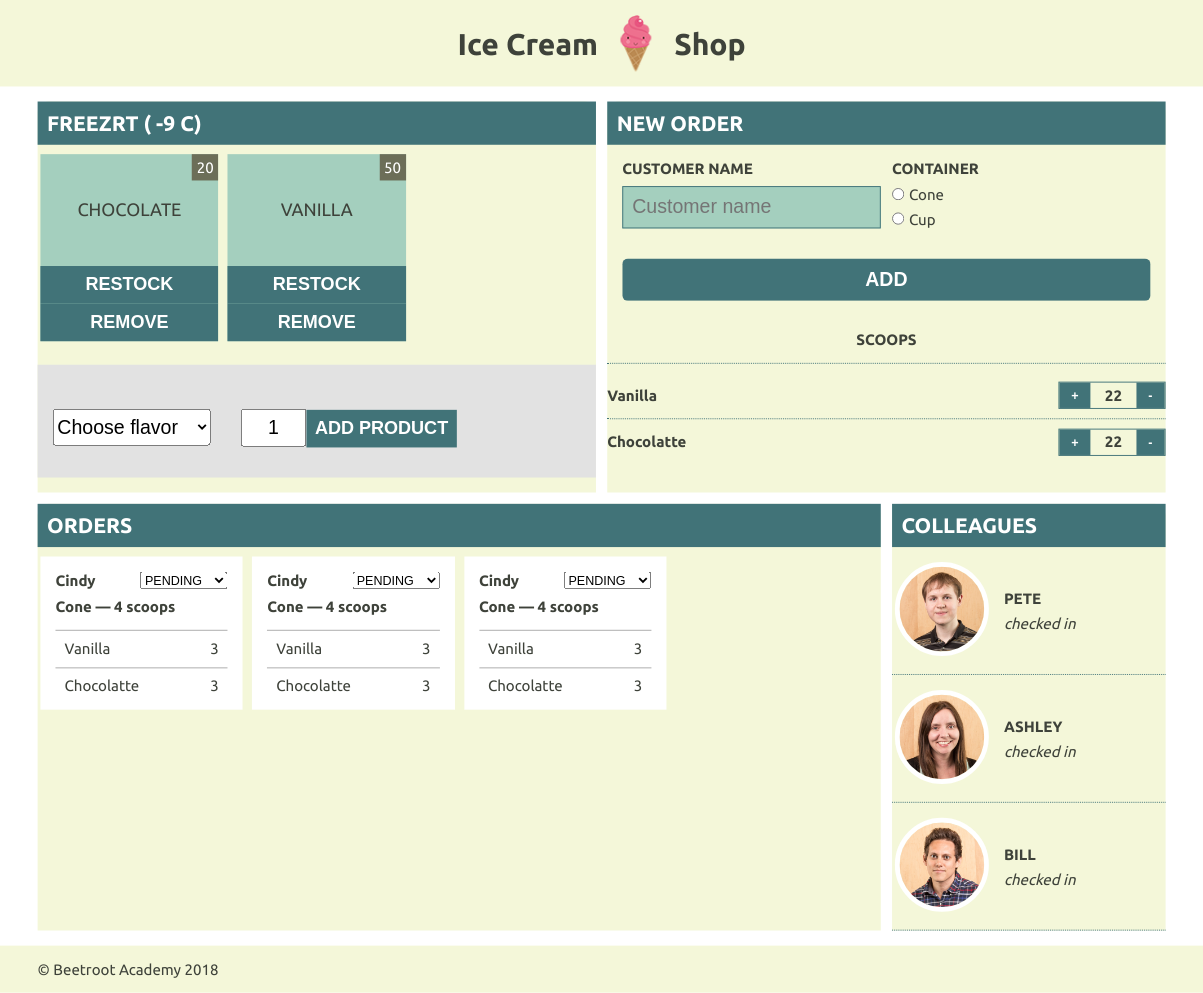
Repository: AlSemyon/Ice_Cream_Shop
Page: /
An editor plug-in stored every save of this project. The page is shown before and after the next save, followed by the edit.
The browser window is 1280 px wide. The pictures show the whole page, at 94% of full size.
The project was rebuilt for these pictures with package versions that can differ from the ones it lists, and the page was loaded fresh each time.

Above is the page before, as saved 2019-01-06 13:01:40.

After the next save:
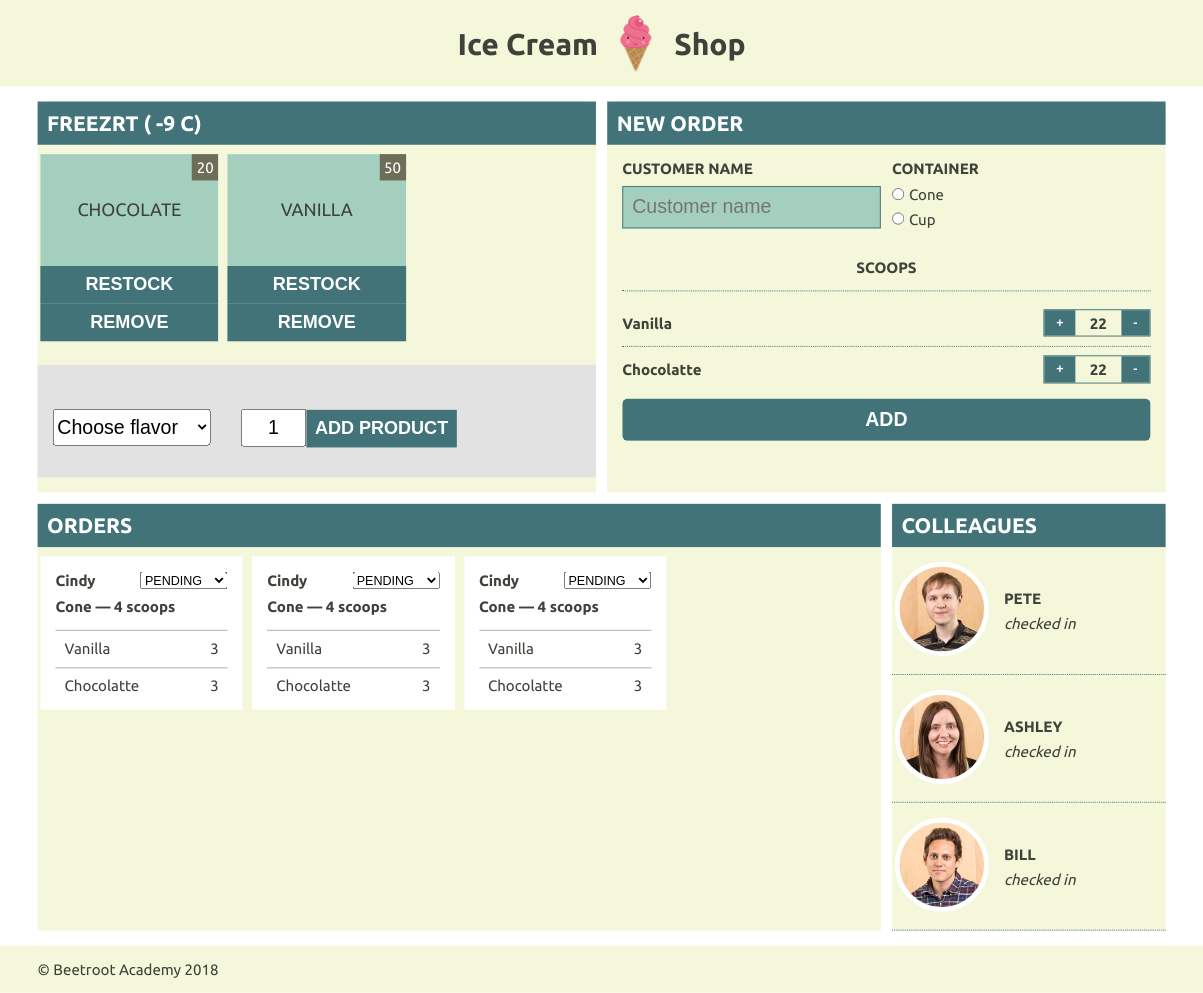
Saved 29 s later.
--- a/src/components/newOrder/index.js
+++ b/src/components/newOrder/index.js
@@ -20,8 +20,7 @@ class NewOrder extends Component {
             <div>
             <form className="form">
                  <OrderForm/>
-                 <button className="order-button">Add</button>
-             </form>
+
 
              <div>
                 <label className="label-form label-form_scoops">Scoops</label>
@@ -46,6 +45,9 @@ class NewOrder extends Component {
                     </div>
                 </div>
              </div>
+
+             <button className="order-button">Add</button>
+             </form>
              </div>
 		);
 	}
